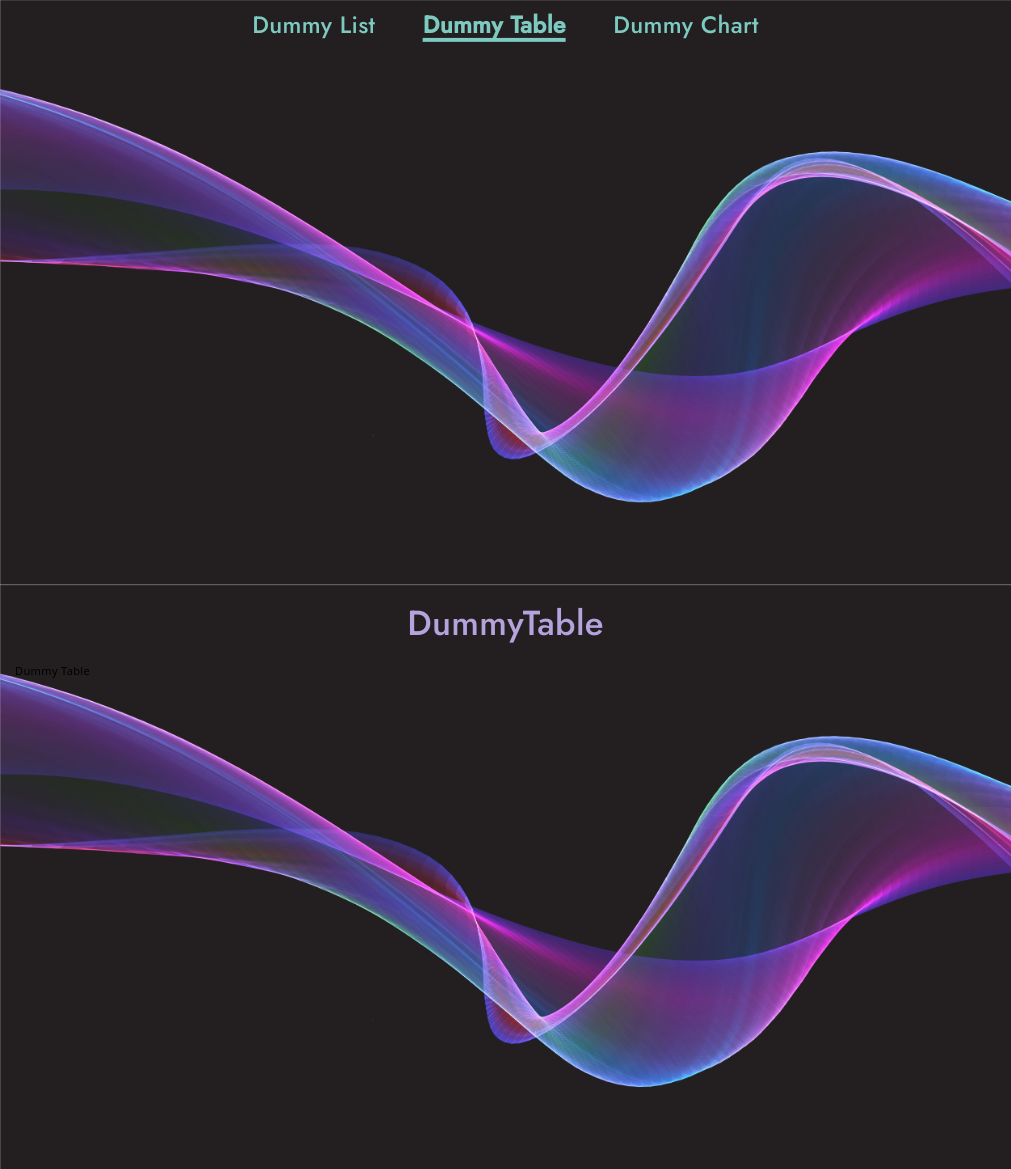
Repository: Vadim-27/backendless
Page: /tabs/dummyTable
The author's editor kept a copy of each file at every save. The page is drawn from the files as they stood at one save, then again after the next save.
The browser window is 1280 px wide. The pictures show the whole page, at 79% of full size.
Backgrounds fixed to the window are drawn as part of the page. The project was rebuilt for these pictures with package versions that can differ from the ones it lists, and the page was loaded fresh each time.

Above is the page before, as saved 2023-10-28 16:37:08.

### src/index.js
import React from 'react';
import ReactDOM from 'react-dom/client';
import { BrowserRouter } from 'react-router-dom';
import { App } from 'App';
import './index.scss';

ReactDOM.createRoot(document.getElementById('root')).render(
  <React.StrictMode>
    <BrowserRouter basename='/'>
    <App />
    </BrowserRouter>
  </React.StrictMode>
)

### src/App.jsx
import { Routes, Route } from "react-router-dom";
import { lazy } from "react";

import { Suspense } from "react";

const Navbar = lazy(() => import('modules/Navbar/Navbar'));
const DummyListPage = lazy(() => import('Pages/DummyListPage/DummyListPage'));
const DummyChartPage = lazy(() => import('Pages/DummyChartPage/DummyChartPage'));
const DummyTablePage = lazy(() => import('Pages/DummyTablePage/DummyTablePage'));
const NotFoundPage = lazy(() => import('Pages/NotFoundPage/NotFoundPage'));


export const App = () => {
  return (
    <>
      <Suspense>
        <Navbar />
        <Routes>
          <Route path="tabs/dummyList" element={<DummyListPage />} />
          <Route path="tabs/dummyChart" element={<DummyChartPage />} />
          <Route path="tabs/dummyTable" element={<DummyTablePage />} />
          <Route path="*" element={<NotFoundPage />} />
        </Routes>
      </Suspense>
    </>
  );
};

### src/index.scss
@import './utils/base.scss';
@import './utils/normalize.scss';
@import './utils/variables.scss';
@import './utils/fonts.scss';

### src/modules/Navbar/Navbar.jsx
import { NavLink, Outlet } from "react-router-dom";
import tabs from "./tabs";

import css from './navbar.module.scss'

const Navbar = () => {
   const sortedTabs = [...tabs].sort((a, b) => a.order - b.order);

  const navbarList = sortedTabs.map(({ id, title, path }) => (
    <li key={id}>
      <NavLink className={css.link} to={path}>
        {title}
      </NavLink>
    </li>
  ));

  return (
    <div className='container'>
      <ul className={css.menu }>{navbarList}</ul>
      <Outlet />
    </div>
  );
}
export default Navbar;

### src/Pages/DummyTablePage/DummyTablePage.jsx
import DummyTable from "modules/DummyTable/DummyTable";

const DummyTablePage = () => {
  return <>
    <DummyTable/>
  </>
}
export default DummyTablePage;

### src/utils/base.scss
body {
  font-size: 14px;
  letter-spacing: 0.03em;
  margin: 0;
}

button {
  cursor: pointer;
}

a {
  text-decoration: none;
  outline: none;
}

h1,
h2,
h4,
h5 {
  margin-top: 0;
  margin-bottom: 0;
}

p {
  margin-bottom: 0;
  margin-top: 0;
}

ul {
  padding: 0;
  margin-top: 0;
  margin: 0;
  margin-bottom: 0;
  list-style: none;
}

img {
  display: block;
  max-width: 100%;
  height: auto;
}
.container {
  box-sizing: content-box;

  margin-left: auto;
  margin-right: auto;
  padding-right: 16px;
  padding-bottom: 20px;
  padding-left: 16px;
  background-image: url(../../assets/img/landing_page_template_with_flowing_lines_design_2805.jpg);
  background-size: cover, cover;
  background-repeat: no-repeat;
  background-attachment: fixed;
  height: 100vh;
}

### src/utils/normalize.scss
::after,
::before {
  box-sizing: border-box;
}
html {
  -moz-tab-size: 4;
  tab-size: 4;
}
html {
  line-height: 1.15;
  -webkit-text-size-adjust: 100%;
}
body {
  margin: 0;
}
body {
  font-family: system-ui, -apple-system, "Segoe UI", Roboto, Helvetica, Arial,
    sans-serif, "Apple Color Emoji", "Segoe UI Emoji";
}
hr {
  height: 0;
  color: inherit;
}
abbr[title] {
  text-decoration: underline dotted;
}
b,
strong {
  font-weight: bolder;
}
code,
kbd,
pre,
samp {
  font-family: ui-monospace, SFMono-Regular, Consolas, "Liberation Mono", Menlo,
    monospace;
  font-size: 1em;
}
small {
  font-size: 80%;
}
sub,
sup {
  font-size: 75%;
  line-height: 0;
  position: relative;
  vertical-align: baseline;
}
sub {
  bottom: -0.25em;
}
sup {
  top: -0.5em;
}
table {
  text-indent: 0;
  border-color: inherit;
}
button,
input,
optgroup,
select,
textarea {
  font-family: inherit;
  font-size: 100%;
  line-height: 1.15;
  margin: 0;
}
button,
select {
  text-transform: none;
}
[type="button"],
[type="reset"],
[type="submit"],
button {
  -webkit-appearance: button;
}
::-moz-focus-inner {
  border-style: none;
  padding: 0;
}
:-moz-focusring {
  outline: 1px dotted ButtonText;
}
:-moz-ui-invalid {
  box-shadow: none;
}
legend {
  padding: 0;
}
progress {
  vertical-align: baseline;
}
::-webkit-inner-spin-button,
::-webkit-outer-spin-button {
  height: auto;
}
[type="search"] {
  -webkit-appearance: textfield;
  outline-offset: -2px;
}
::-webkit-search-decoration {
  -webkit-appearance: none;
}
::-webkit-file-upload-button {
  -webkit-appearance: button;
  font: inherit;
}
summary {
  display: list-item;
}

### src/utils/variables.scss
:root {
  --primary-primary: #b5a3de;
  --primary-secondary: #7dcac0;
}

### src/utils/fonts.scss
@font-face {
  font-family: "Jost-Regular";
  font-style: normal;
  font-weight: 400;
  font-display: swap;
  src: url("../fonts/Jost-Regular.ttf");
}

@font-face {
  font-family: "Jost-Medium";
  font-style: normal;
  font-weight: 500;
  font-display: swap;
  src: url("../fonts/Jost-Medium.ttf");
}

### src/modules/Navbar/tabs.js
const tabs = [
  {
    id: 'dummyTable',
    title: 'Dummy Table',
    order: 1,
    path: 'tabs/dummyTable',
  },
  {
    id: 'dummyChart',
    title: 'Dummy Chart',
    order: 2,
    path: 'tabs/dummyChart',
  },
  { id: 'dummyList', title: 'Dummy List', order: 0, path: 'tabs/dummyList' },
];

export default tabs;

### src/modules/Navbar/navbar.module.scss
.menu {
    list-style: none;
    display: flex;
    gap: 60px;
    justify-content: center;
}

.link {
    padding-bottom: 5px;
    text-decoration: none;
    color: var(--primary-secondary);
    display: inline-block;
    padding: 10px 0px;
    font-family: Jost-Medium;
font-size: 30px;
font-style: normal;
font-weight: 500;
line-height: normal;
}

.link:global(.active) {
    font-weight: bold;

   position: relative;

}

.link:global(.active)::after {
    content: "";
    position: absolute;
    bottom: 10px;
    left: 0;
    width: 100%;
    border-bottom: 5px solid;
}

### src/modules/DummyTable/DummyTable.jsx
import css from './dummyTable.module.scss';
const DummyTable = () => {
  return (
    <div className="container">
      <h1 className={css.titleSection}>DummyTable</h1>
      <table>
        <tr>
          <td>Dummy</td>
          <td>Table</td>
        </tr>
      </table>
    </div>
  );
}
export default DummyTable;

### src/modules/DummyTable/dummyTable.module.scss
.titleSection{
  text-align: center;
   padding: 20px;
  color: var(--primary-primary);
font-family: Jost-Medium;
font-size: 44px;
font-style: normal;
font-weight: 500;
line-height: 58px;
}

Loaded but not shown: public/index.html (common file)

After the next save:
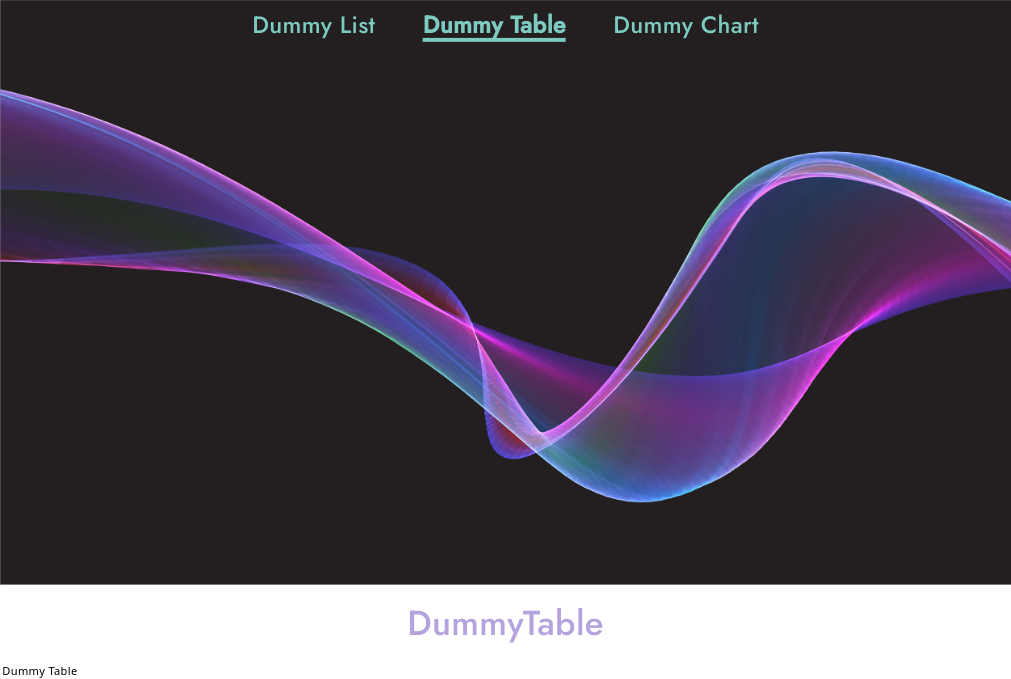
Saved 2 min 28 s later.
--- a/src/modules/DummyTable/DummyTable.jsx
+++ b/src/modules/DummyTable/DummyTable.jsx
@@ -1,7 +1,7 @@
 import css from './dummyTable.module.scss';
 const DummyTable = () => {
   return (
-    <div className="container">
+    <div >
       <h1 className={css.titleSection}>DummyTable</h1>
       <table>
         <tr>

After the save that followed:
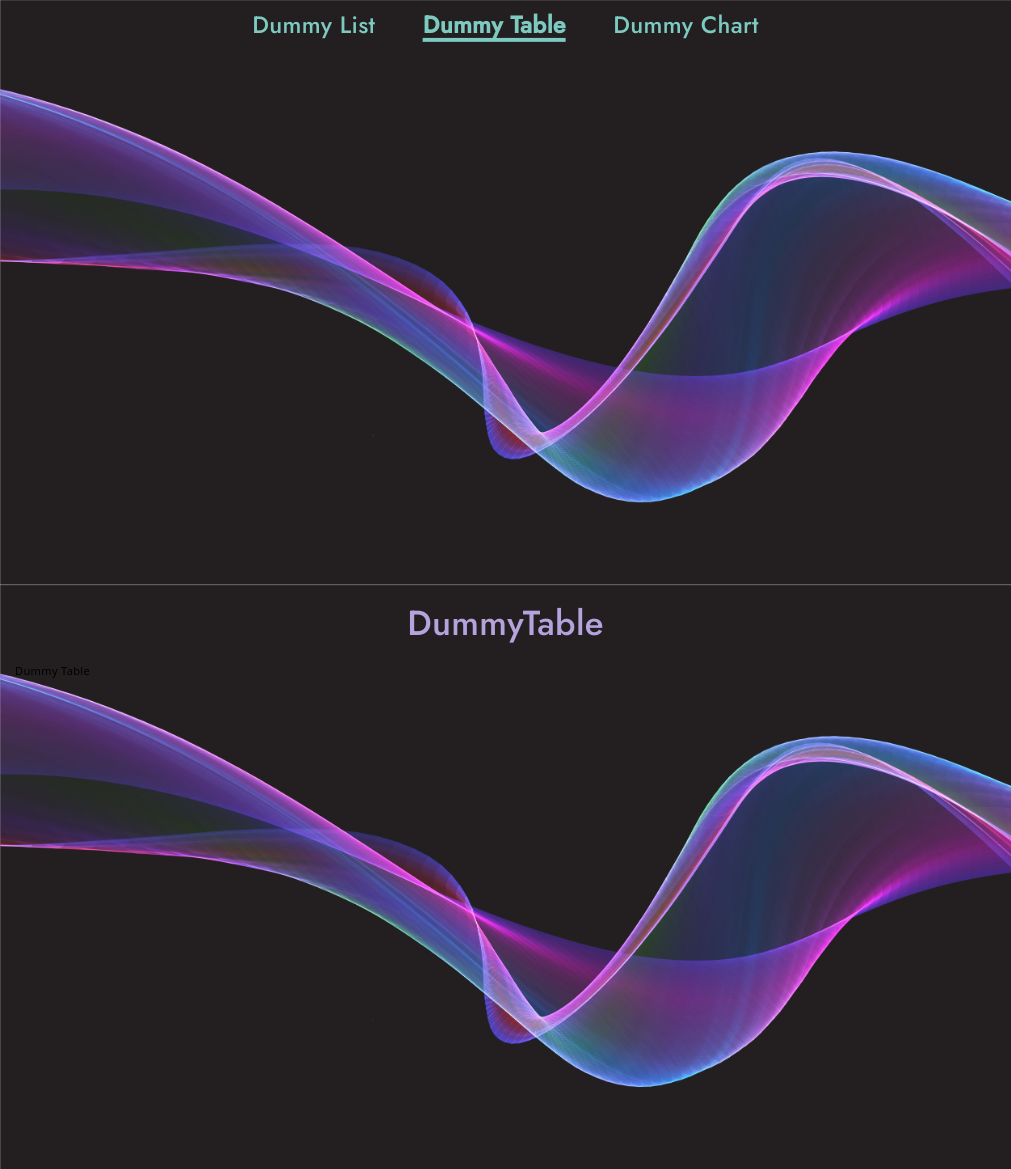
Saved 2 min 44 s later.
--- a/src/modules/DummyTable/DummyTable.jsx
+++ b/src/modules/DummyTable/DummyTable.jsx
@@ -1,7 +1,7 @@
 import css from './dummyTable.module.scss';
 const DummyTable = () => {
   return (
-    <div >
+    <div className="container">
       <h1 className={css.titleSection}>DummyTable</h1>
       <table>
         <tr>
